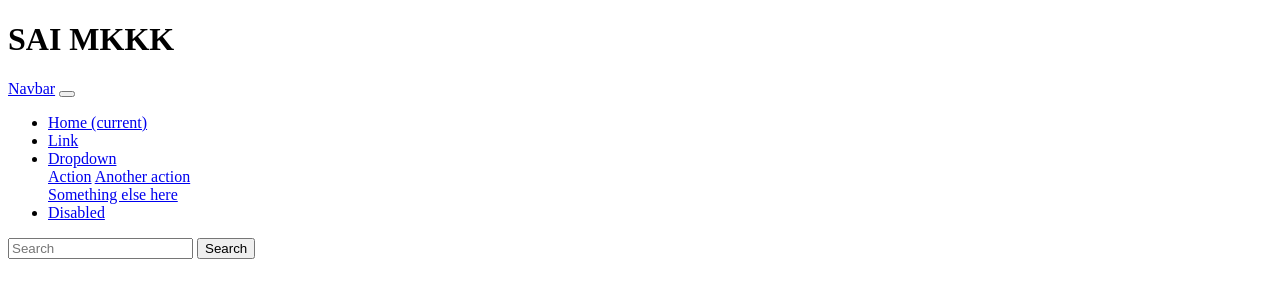
Repository: nguyenquocvuong010195/Jsp-Servlet
Page: http://localhost/JSP-Servlet-Buy/accessDenied.jsp
These files come from the project's save history. The page is drawn as it stood at one moment and after the next save; the edit follows.
The browser window is 1280 px wide. The pictures show the whole page.
The page is served by Tomcat 9. Nobody is signed in. The application's start-up code is not run. Other server files are loaded and not shown.

Above is the page before, as saved 2020-07-29 07:29:34.

### JSP-Servlet/JSP-Servlet-Buy/WebContent/accessDenied.jsp
<%@ page language="java" contentType="text/html; charset=ISO-8859-1"
    pageEncoding="ISO-8859-1"%>
<!DOCTYPE html>
<html>
<head>
<meta charset="ISO-8859-1">
<title>Insert title here</title>
	<h1>SAI MKKK</h1>
</head>
<body>
	<nav class="navbar navbar-expand-lg navbar-light bg-light">
  <a class="navbar-brand" href="#">Navbar</a>
  <button class="navbar-toggler" type="button" data-toggle="collapse" data-target="#navbarSupportedContent" aria-controls="navbarSupportedContent" aria-expanded="false" aria-label="Toggle navigation">
    <span class="navbar-toggler-icon"></span>
  </button>

  <div class="collapse navbar-collapse" id="navbarSupportedContent">
    <ul class="navbar-nav mr-auto">
      <li class="nav-item active">
        <a class="nav-link" href="#">Home <span class="sr-only">(current)</span></a>
      </li>
      <li class="nav-item">
        <a class="nav-link" href="#">Link</a>
      </li>
      <li class="nav-item dropdown">
        <a class="nav-link dropdown-toggle" href="#" id="navbarDropdown" role="button" data-toggle="dropdown" aria-haspopup="true" aria-expanded="false">
          Dropdown
        </a>
        <div class="dropdown-menu" aria-labelledby="navbarDropdown">
          <a class="dropdown-item" href="#">Action</a>
          <a class="dropdown-item" href="#">Another action</a>
          <div class="dropdown-divider"></div>
          <a class="dropdown-item" href="#">Something else here</a>
        </div>
      </li>
      <li class="nav-item">
        <a class="nav-link disabled" href="#">Disabled</a>
      </li>
    </ul>
    <form class="form-inline my-2 my-lg-0">
      <input class="form-control mr-sm-2" type="search" placeholder="Search" aria-label="Search">
      <button class="btn btn-outline-success my-2 my-sm-0" type="submit">Search</button>
    </form>
  </div>
</nav>
</body>
</html>

After the next save:
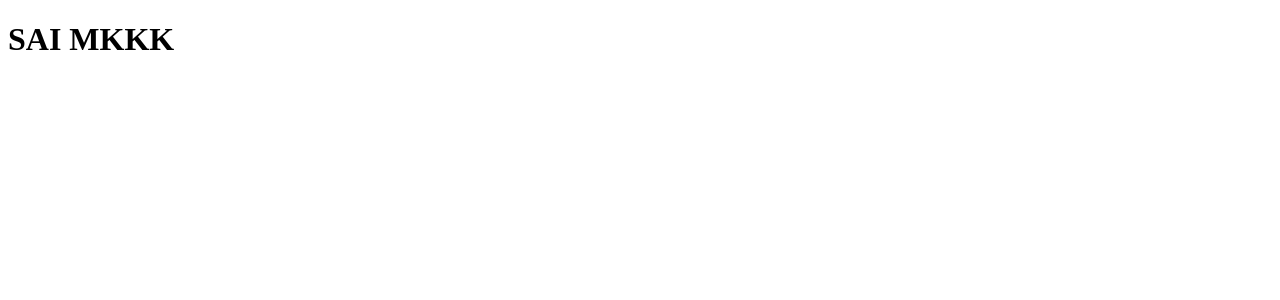
Saved 38 s later.
--- a/JSP-Servlet/JSP-Servlet-Buy/WebContent/accessDenied.jsp
+++ b/JSP-Servlet/JSP-Servlet-Buy/WebContent/accessDenied.jsp
@@ -8,40 +8,6 @@
 	<h1>SAI MKKK</h1>
 </head>
 <body>
-	<nav class="navbar navbar-expand-lg navbar-light bg-light">
-  <a class="navbar-brand" href="#">Navbar</a>
-  <button class="navbar-toggler" type="button" data-toggle="collapse" data-target="#navbarSupportedContent" aria-controls="navbarSupportedContent" aria-expanded="false" aria-label="Toggle navigation">
-    <span class="navbar-toggler-icon"></span>
-  </button>
 
-  <div class="collapse navbar-collapse" id="navbarSupportedContent">
-    <ul class="navbar-nav mr-auto">
-      <li class="nav-item active">
-        <a class="nav-link" href="#">Home <span class="sr-only">(current)</span></a>
-      </li>
-      <li class="nav-item">
-        <a class="nav-link" href="#">Link</a>
-      </li>
-      <li class="nav-item dropdown">
-        <a class="nav-link dropdown-toggle" href="#" id="navbarDropdown" role="button" data-toggle="dropdown" aria-haspopup="true" aria-expanded="false">
-          Dropdown
-        </a>
-        <div class="dropdown-menu" aria-labelledby="navbarDropdown">
-          <a class="dropdown-item" href="#">Action</a>
-          <a class="dropdown-item" href="#">Another action</a>
-          <div class="dropdown-divider"></div>
-          <a class="dropdown-item" href="#">Something else here</a>
-        </div>
-      </li>
-      <li class="nav-item">
-        <a class="nav-link disabled" href="#">Disabled</a>
-      </li>
-    </ul>
-    <form class="form-inline my-2 my-lg-0">
-      <input class="form-control mr-sm-2" type="search" placeholder="Search" aria-label="Search">
-      <button class="btn btn-outline-success my-2 my-sm-0" type="submit">Search</button>
-    </form>
-  </div>
-</nav>
 </body>
 </html>
